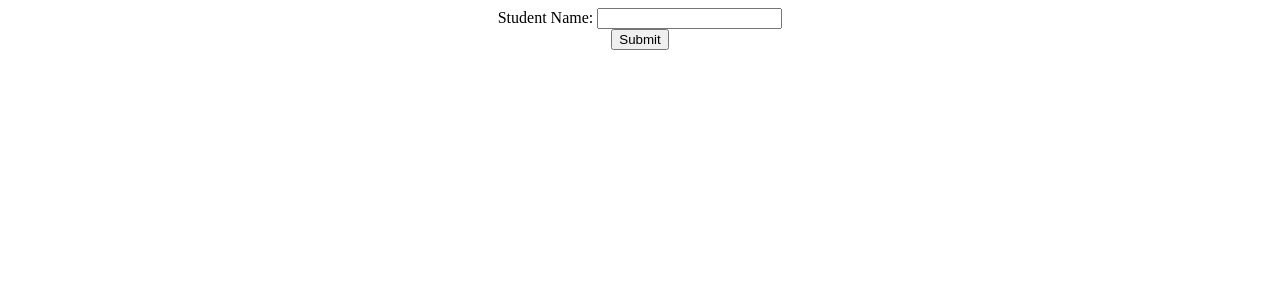
Repository: Guptaji153/Test002
Page: Day2/ServletDemos/src/main/webapp/text.html
The author's editor kept a copy of each file at every save. The page is drawn from the files as they stood at one save, then again after the next save.
The browser window is 1280 px wide. The pictures show the whole page.

Above is the page before, as saved 2025-04-30 07:24:27.

### Day2/ServletDemos/src/main/webapp/text.html
<!DOCTYPE html>
<html>
<head>
<meta charset="ISO-8859-1">
<title>Insert title here</title>
</head>
<body>

<form method="get"  action="TestServlet">

<center>


Student Name:
<input type = "text" name = "sname"><br>
<input type = "submit" name = "show">
</center>



</form>

</body>
</html>

After the next save:
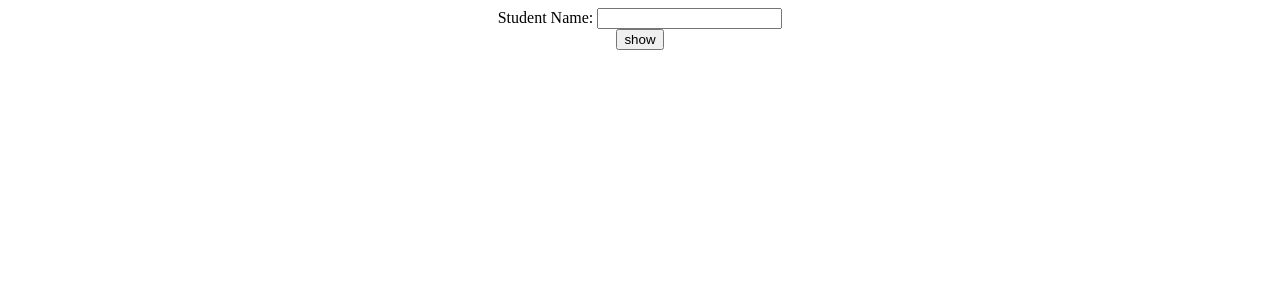
Saved 47 s later.
--- a/Day2/ServletDemos/src/main/webapp/text.html
+++ b/Day2/ServletDemos/src/main/webapp/text.html
@@ -13,7 +13,7 @@
 
 Student Name:
 <input type = "text" name = "sname"><br>
-<input type = "submit" name = "show">
+<input type = "submit" value = "show"/>
 </center>
 
 
